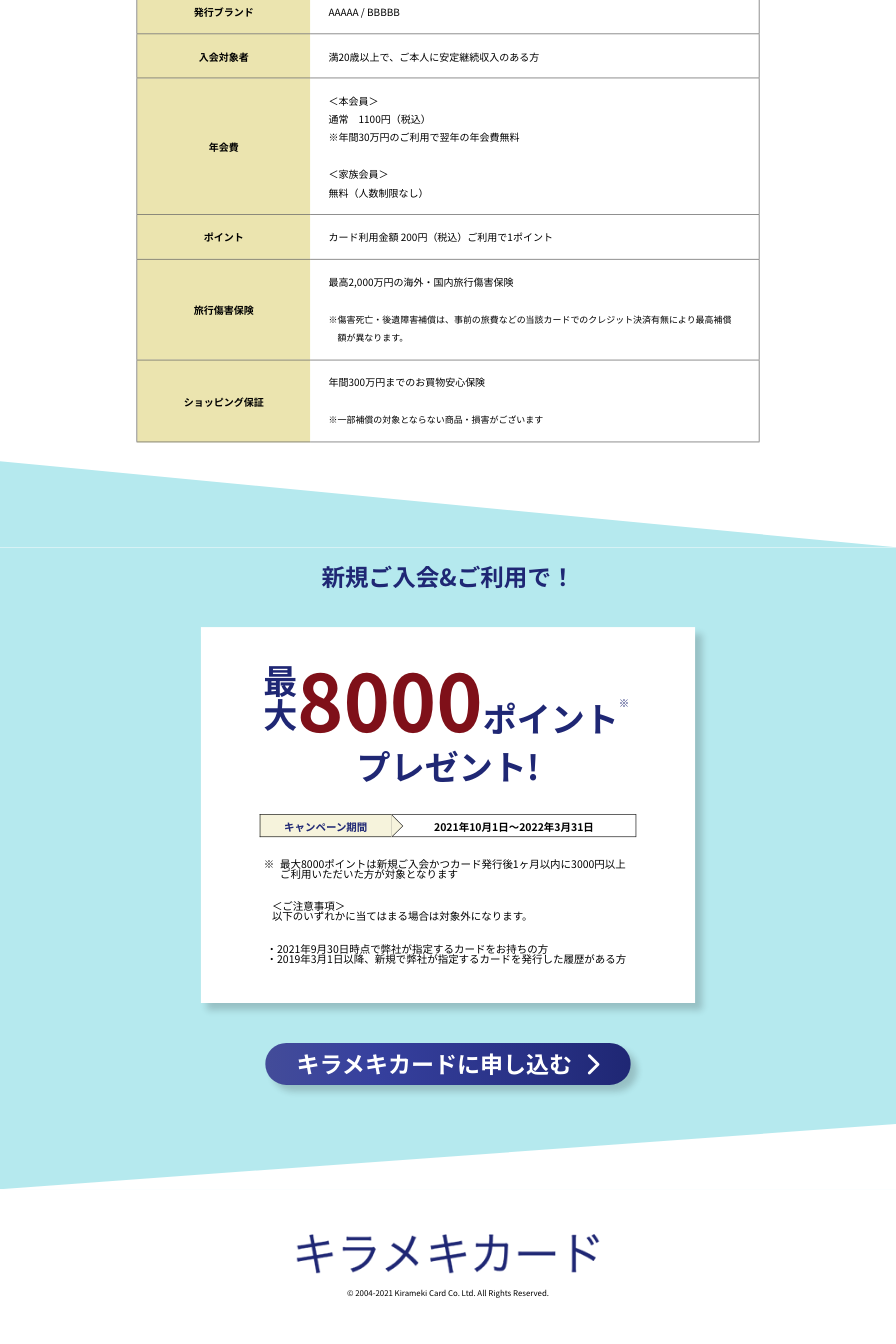
Repository: ryu-nuno/tech_academy_subwork
Page: kadai-kirameki-card/index.html
The author's editor kept a record of every edit. The page is drawn from the files as they stood at one moment, then again after the next edit.
The browser window is 1280 px wide. The pictures show the part of the page from y = 4417 to 6337 px (the page is 6337 px tall), at 70% of full size.
Some web libraries are served in a nearby version.

Above is the page before.

### kadai-kirameki-card/index.html
<!DOCTYPE html>
<html lang="ja">
    <head>
        <meta charset="UTF-8">
        <meta name="viewport" content="width=device-width, initial-scale=1.0">
        <title>Kirameki-card</title>
        <meta name="description" content="ページの説明が入ります">

        <!-- CSS -->
        <link rel="stylesheet" href="https://cdnjs.cloudflare.com/ajax/libs/normalize/8.0.1/normalize.css">
        <link rel="stylesheet" type="text/css" href="./slick/slick.css">
        <link rel="stylesheet" type="text/css" href="./slick/slick-theme.css">
        <!--<link rel="stylesheet" href="https://unpkg.com/swiper/swiper-bundle.css">
        <link rel="stylesheet" href="https://unpkg.com/swiper/swiper-bundle.min.css">-->
        <link rel="stylesheet" href="https://unpkg.com/swiper@7/swiper-bundle.min.css">
        <link rel="stylesheet" href="css/ress.min.css">
        <link rel="stylesheet" href="./css/style.css">

        <!-- FontAwesome -->
        <script src="https://kit.fontawesome.com/ab2670e4fc.js" crossorigin="anonymous"></script>

        <link rel="preconnect" href="https://fonts.googleapis.com">
        <link rel="preconnect" href="https://fonts.gstatic.com" crossorigin>
        <link href="https://fonts.googleapis.com/css2?family=Cormorant+Garamond:wght@300&family=Noto+Serif+JP&family=Roboto&display=swap" rel="stylesheet">
    </head>
    <body>
      <div id="wrapper">


        <!-- ヘッダー -->
        <header class="header">
          <div class="logo"><img src="./images/pc/Kirameki_Card_logo.png" alt=""></div>

          <div class="header_wrap">
            <div class="nav">
            <nav class="pc_nav">
              <ul class="pc_nav_ul">
                <li><a href="#">カード活用方法</a></li>
                <li><a href="#">ポイントを使う</a></li>
                <li><a href="#">お問合せ</a></li>
              </ul>
            </nav>
            </div>

            <div class="application_button_s"><span class="head_right"><a href="#">申し込む</a></span><i class="fas fa-chevron-right"></i></div>
          </div>
        </header>


        <header class="sp_header">
          <div><div class="sp_logo">キラメキカード</div></div>
                  <div class="sp_nav_wrap">
          <div id="menu"><span class="hamburger"><i class="fas fa-bars"></i></span></div>
            <nav class="sp_nav">
            <ul class="sp_nav_ul">
              <li><a href="#">カード活用方法</a></li>
              <li><a href="#">ポイントを使う</a></li>
              <li><a href="#">お問い合わせ</a></li>
            </ul>
        </nav>
    </div>
  </header>

        <!--メイン-->
        <main>

          <section class="main_top">
              <h1 class="main_catch">ネットショッピング時代の<br class="sp_br">スタンダード</h1>
                <div class="main_img">
                  <img src="./images/pc/lp6_1.png" alt="">
                </div>
                <div class="sp_join_button"><span class="sp_join_p"><a href="#">申し込む</a></span><i class="fas fa-chevron-right"></i></div>
                <div class="stack">
                  <div class="sub_catch">キラメキカードは<br class="sp_br">2021最強クレジットカード<br class="sp_br">ランキングNo.1に選ばれました</div>
                </div>
          </section>


          <div class="hide">
            <div class="gap">

            </div>
          </div>

          <div class="hide">
            <section class="join1">

              <h2 class="ad_heading">新規ご入会&ご利用で！</h2>
              <div class="join_wrap">
                <div class="join_detail">
                  <span class="vertical">最大</span>
                  <span class="font_l_red">8000</span><span class="point">ポイント</span><span class="kome">※</span><br>
                  <span class="text_center_present">プレゼント!</span>
                </div>

                <div class="campaign_period">
                  <span class="campaign">キャンペーン期間</span>
                 <span class="period">2021年10月1日〜2022年3月31日</span>
                </div>

                 <div class="campaign_caution">
                   <span class="rice_2">※</span>
                  <span class="subject">最大8000ポイントは新規ご入会かつカード発行後1ヶ月以内に3000円以上ご利用いただいた方が対象となります</span>
                 </div>

                <div class="caution_detail">
                  <div class="detail_first">
                  <span class="caution">＜ご注意事項＞<br></span>
                  <span class="not_app">以下のいずれかに当てはまる場合は対象外になります。<br></span>
                </div>

                <div class="detail_second">
                  <div class="flex">
                  <span class="not_app_p">・</span><span class="not_app_block">2021年9月30日時点で弊社が指定するカードをお持ちの方</span>
                </div>
                <div class="flex">
                  <span class="not_app_p">・</span><span class="not_app_block">2019年3月1日以降、新規で弊社が指定するカードを発行した履歴がある方</span>
                </div>
              </div>
              </div>
              </div>

                <div class="application_button_l"><span class="ad_right"><a href="#">キラメキカードに申し込む</a></span><i class="fas fa-chevron-right"></i></div>
             </section>
            </div>

          <div class="hide">
           <section class="benefit_service">
             <h2 class="heading">特典・サービス</h2>
            <table class="benefit_table">
              <tr>
                <td class="h_cell left_top"><span class="bold_head t_head">年会費</span></td>
                <td class="d_cell right_top"><span class="bold">1,100円（税込）<br></span>
                  <span class="bold">年間30万円のご利用で</span><span class="red_m">翌年度無料</span><span class="annotation sp_position">※1</span>
              </td>
              </tr>
              <tr>
                <td class="h_cell"><span class="bold_head t_head">ポイント還元</span></td>
                <td class="d_cell"><span class="bold">最大</span><span class="red_l">5</span><span class="bold">%</span><span class="annotation">※2</span> </td>
              </tr>
              <tr>
                <td class="h_cell"><span class="bold_head t_head">継続特典</span></td>
                <td class="d_cell"><span class="regular">年間30万円のご利用でもれなく<br></span>
                    <span class="red_l">5000</span><span class="bold">ポイント還元</span><span class="annotation">※1</span>
                </td>
              </tr>
              <tr>
                <td class="h_cell left_bottom"><span class="bold_head t_head">付帯サービス</span></td>
                <td class="d_cell right_bottom"><span class="regular">海外旅行障害保険<br></span>
                  <span class="bold">最高</span><span class="red_l">2000</span><span class="bold">万円</span>
                </td>
              </tr>
            </table>

            <div class="supplement sp_bottom"><span class="spp_no">※1 対象取引や算定期間等の実際の適用条件などの詳細は規約をご確認ください。</span></div>

          <div class="supplement"><span class="spp_no">※2一部ポイント加算対象とならない店舗および指定のポイント還元率にならない場合があります。ポイント還元率は利用金額に対する獲得ポイントを示したもので、ポイントの交換方法によっては、1ポイント1円相当にならない場合がございます。</span></div>


              <div class="application_button_l"><span class="ad_right"><a href="#">キラメキカードに申し込む</a></span><i class="fas fa-chevron-right"></i></div>
           </section>
          </div>

            <div class="hide">
             <section class="flow">
               <h2 class="flow_heading">カード発行までの流れ</h2>

               <div class="swiper">
                <div class="swiper-wrapper">
                  <div class="swiper-slide"><div class="swiper-content"><span class="flow_no">01<br></span><span class="flow_head">カードお申し込み</span></div></div>
                  <div class="swiper-slide"><div class="swiper-content"><span class="flow_no">02<br></span><span class="flow_head">入会審査・カード発行</span></div></div>
                  <div class="swiper-slide"><div class="swiper-content"><span class="flow_no">03<br></span><span class="flow_head">カード到着</span></div></div>
                  <div class="swiper-slide"><div class="swiper-content"><span class="flow_no">04<br></span><span class="flow_head">アプリをダウンロード</span></div></div>
                  <div class="swiper-slide"><div class="swiper-content"><span class="flow_no">05<br></span><span class="flow_head">アプリでカード番号を確認</span></div></div>
                </div>
                <div class="swiper-button-prev"></div>
                <div class="swiper-button-next"></div>
                <div class="swiper-pagination"></div>
              </div>
             </section>
            </div>


           <section class="other">
              <h2 class="ohter_content_heading">他にも<br class="sp_br">特典・サービスがたくさん</h2>

              <div class="other_wrap">
                <dl class="accordion">
                    <dt class="other_heading"><div class="sp_question pc_question"><span class="other_head_p">国内も、海外も。<br class="sp_br">最高2,000万円の旅行傷害保険。</span><span class="symbol">開く</span></div></dt>
                    <dd class="other_p"><div class="flex" style="display : flex; align-items: baseline;"><div class="other_block">最高2,000万円の旅行傷害保険<br>海外・国内最高2,000万円の旅行傷害保険が付帯されます。（一部利用条件あり）</div></div></dd>
                    <dt class="other_heading"><div class="sp_question"><span class="other_head_p">年間300万円までの<br class="sp_br">お買物安心保険。</span><span class="symbol">開く</span></div></dt>
                    <dd class="other_p"><div class="flex" style="display : flex; align-items: baseline;"><div class="other_block">キラメキクレジットカードで決済して購入した商品が壊れたり、盗まれたりしたときに安心の保険サービスです。<br>保険料のお支払いや事前のお届けは必要ございません。</div></div></dd>
                    <dt class="other_heading"><div class="sp_question"><span class="other_head_p">国内空港ラウンジサービスが<br class="sp_br">無料<br class="sp_br"></span><span class="symbol">開く</span></div></dt>
                    <dd class="other_p"><div class="flex" style="display : flex; align-items: baseline;"><div class="other_block">国内主要空港のラウンジを無料でご利用いただくことが可能です。</div></div></dd>
                    <dt class="other_heading"><div class="sp_question"><span class="other_head_p_2">海外Wi-Fi無料レンタル</span><span class="symbol">開く</span></div></dt>
                    <dd class="other_p"><div class="flex" style="display : flex; align-items: baseline;"><div class="other_block">海外でご利用いただけるポータブルWi-Fiを無料でレンタルすることが可能です。</div></div></dd>
                    <dt class="other_heading"><div class="sp_question"><span class="other_head_p">24時間対応の<br class="sp_br">紛失受付センター</span><span class="symbol">開く</span></div></dt>
                    <dd class="other_p"><div class="flex" style="display : flex; align-items: baseline;"><div class="other_block">紛失したカードの利用停止と再発行のお手続きをWebと電話から同時に行うことが可能です。</div></div></dd>
                  </dl>
                </div>
            </section>








            <div class="hide">
              <section class="base_info">
                <h2 class="base_heading">基本情報</h2>

                <table class="base_info_table">
                  <tr><td class="base_info_th">名称</td><td class="base_info_td">キラメキクレジットカード</td></tr>
                  <tr><td class="base_info_th">発行ブランド</td><td class="base_info_td">AAAAA / BBBBB</td></tr>
                  <tr><td class="base_info_th">入会対象者</td><td class="base_info_td">満20歳以上で、ご本人に安定継続収入のある方</td></tr>
                  <tr><td class="base_info_th">年会費</td><td class="base_info_td"><div class="line_height">＜本会員＞<br>通常　1100円（税込）<br><span class="annotation_block">※年間30万円のご利用で翌年の年会費無料</span><br>＜家族会員＞<br>無料（人数制限なし）</div></td></tr>
                  <tr><td class="base_info_th">ポイント</td><td class="base_info_td">カード利用金額 200円（税込）ご利用で1ポイント</td></tr>
                  <tr><td class="base_info_th">旅行傷害保険</td><td class="base_info_td">最高2,000万円の海外・国内旅行傷害保険<br><span class="annotation_flex"><span class="info_annotation">※</span><span class="info_annotation annotation_block">傷害死亡・後遺障害補償は、事前の旅費などの当該カードでのクレジット決済有無により最高補償額が異なります。</span></span></td></tr>
                  <tr><td class="base_info_th">ショッピング保証</td><td class="base_info_td">年間300万円までのお買物安心保険<br><span class="annotation_flex"><span class="info_annotation">※</span><span class="info_annotation annotation_block">一部補償の対象とならない商品・損害がございます</span></span></td></tr>


                </table>
              </section>
            </div>

            <div class="hide">
              <section class="join2">
                <h2 class="ad_heading">新規ご入会&amp;ご利用で！</h2>
                <div class="join_wrap">
                  <div class="join_detail">
                    <span class="vertical">最大</span>
                    <span class="font_l_red">8000</span><span class="point">ポイント</span><span class="kome">※</span><br>
                    <span class="text_center_present">プレゼント!</span>
                  </div>

                  <div class="campaign_period">
                    <span class="campaign">キャンペーン期間</span>
                   <span class="period">2021年10月1日〜2022年3月31日</span>
                  </div>

                   <div class="campaign_caution">
                     <span class="rice_2">※</span>
                    <span class="subject">最大8000ポイントは新規ご入会かつカード発行後1ヶ月以内に3000円以上ご利用いただいた方が対象となります</span>
                   </div>

                  <div class="caution_detail">
                    <div class="detail_first">
                    <span class="caution">＜ご注意事項＞<br></span>
                    <span class="not_app">以下のいずれかに当てはまる場合は対象外になります。<br></span>
                  </div>

                  <div class="detail_second">
                    <div class="flex">
                    <span class="not_app_p">・</span><span class="not_app_block">2021年9月30日時点で弊社が指定するカードをお持ちの方</span>
                  </div>
                  <div class="flex">
                    <span class="not_app_p">・</span><span class="not_app_block">2019年3月1日以降、新規で弊社が指定するカードを発行した履歴がある方</span>
                  </div>
                </div>
                </div>
                </div>

                  <div class="application_button_l"><span class="ad_right"><a href="#">キラメキカードに申し込む</a></span><i class="fas fa-chevron-right"></i></div>
               </section>
              </div>

        </main>

        <!-- フッター -->
        <footer class="footer">
          <div class="footer_logo"><img src="./images/pc/Kirameki_Card_logo.png" alt="フッターロゴ"></div>
          <p class="copywrite">&copy; 2004-2021 Kirameki Card Co. Ltd. All Rights Reserved.</p>

        </footer>

        <!-- JS -->
        <script src="https://ajax.googleapis.com/ajax/libs/jquery/3.4.1/jquery.min.js"></script>
        <!--<script type="text/javascript" src="https://cdnjs.cloudflare.com/ajax/libs/jquery/1.11.1/jquery.min.js"></script>
        <script src="https://code.jquery.com/jquery-2.2.0.min.js" type="text/javascript"></script>-->
        <!--<script src="https://unpkg.com/swiper/swiper-bundle.js"></script>
        <script src="https://unpkg.com/swiper/swiper-bundle.min.js"></script>-->
        <script src="https://unpkg.com/swiper@7/swiper-bundle.min.js"></script>
        <script src="./slick/slick.js"  ></script>
        <script src="./js/hamburger.js"></script>
        <script src="./js/accordion.js"></script>
        <script src="./js/swiper.js"></script>
        <script src="./js/inview.js"></script>

      </div>
    </body>
</html>

### kadai-kirameki-card/css/ress.min.css
/*!
 * ress.css • v4.0.0
 * MIT License
 * github.com/filipelinhares/ress
 */html{box-sizing:border-box;-webkit-text-size-adjust:100%;word-break:normal;-moz-tab-size:4;tab-size:4}*,:after,:before{background-repeat:no-repeat;box-sizing:inherit}:after,:before{text-decoration:inherit;vertical-align:inherit}*{padding:0;margin:0}hr{overflow:visible;height:0;color:inherit}details,main{display:block}summary{display:list-item}small{font-size:80%}[hidden]{display:none}abbr[title]{border-bottom:none;text-decoration:underline;text-decoration:underline dotted}a{background-color:transparent}a:active,a:hover{outline-width:0}code,kbd,pre,samp{font-family:monospace,monospace}pre{font-size:1em}b,strong{font-weight:bolder}sub,sup{font-size:75%;line-height:0;position:relative;vertical-align:baseline}sub{bottom:-.25em}sup{top:-.5em}table{border-color:inherit;text-indent:0}input{border-radius:0}[disabled]{cursor:default}[type=number]::-webkit-inner-spin-button,[type=number]::-webkit-outer-spin-button{height:auto}[type=search]{-webkit-appearance:textfield;outline-offset:-2px}[type=search]::-webkit-search-decoration{-webkit-appearance:none}textarea{overflow:auto;resize:vertical}button,input,optgroup,select,textarea{font:inherit}optgroup{font-weight:700}button{overflow:visible}button,select{text-transform:none}[role=button],[type=button],[type=reset],[type=submit],button{cursor:pointer;color:inherit}[type=button]::-moz-focus-inner,[type=reset]::-moz-focus-inner,[type=submit]::-moz-focus-inner,button::-moz-focus-inner{border-style:none;padding:0}[type=button]::-moz-focus-inner,[type=reset]::-moz-focus-inner,[type=submit]::-moz-focus-inner,button:-moz-focusring{outline:1px dotted ButtonText}[type=reset],[type=submit],button,html [type=button]{-webkit-appearance:button}button,input,select,textarea{background-color:transparent;border-style:none}a:focus,button:focus,input:focus,select:focus,textarea:focus{outline-width:0}select{-moz-appearance:none;-webkit-appearance:none}select::-ms-expand{display:none}select::-ms-value{color:currentColor}legend{border:0;color:inherit;display:table;white-space:normal;max-width:100%}::-webkit-file-upload-button{-webkit-appearance:button;color:inherit;font:inherit}img{border-style:none}progress{vertical-align:baseline}[aria-busy=true]{cursor:progress}[aria-controls]{cursor:pointer}[aria-disabled=true]{cursor:default}

Loaded but not shown: kadai-kirameki-card/slick/slick.css (common file); kadai-kirameki-card/slick/slick-theme.css (common file); kadai-kirameki-card/slick/slick.js (library); kadai-kirameki-card/js/swiper.js (41 lines, source omitted); kadai-kirameki-card/js/inview.js (12 lines, source omitted); kadai-kirameki-card/js/accordion.js (6 lines, source omitted); kadai-kirameki-card/js/hamburger.js (5 lines, source omitted); kadai-kirameki-card/css/style.css (1590 lines, source omitted)

After the next edit:
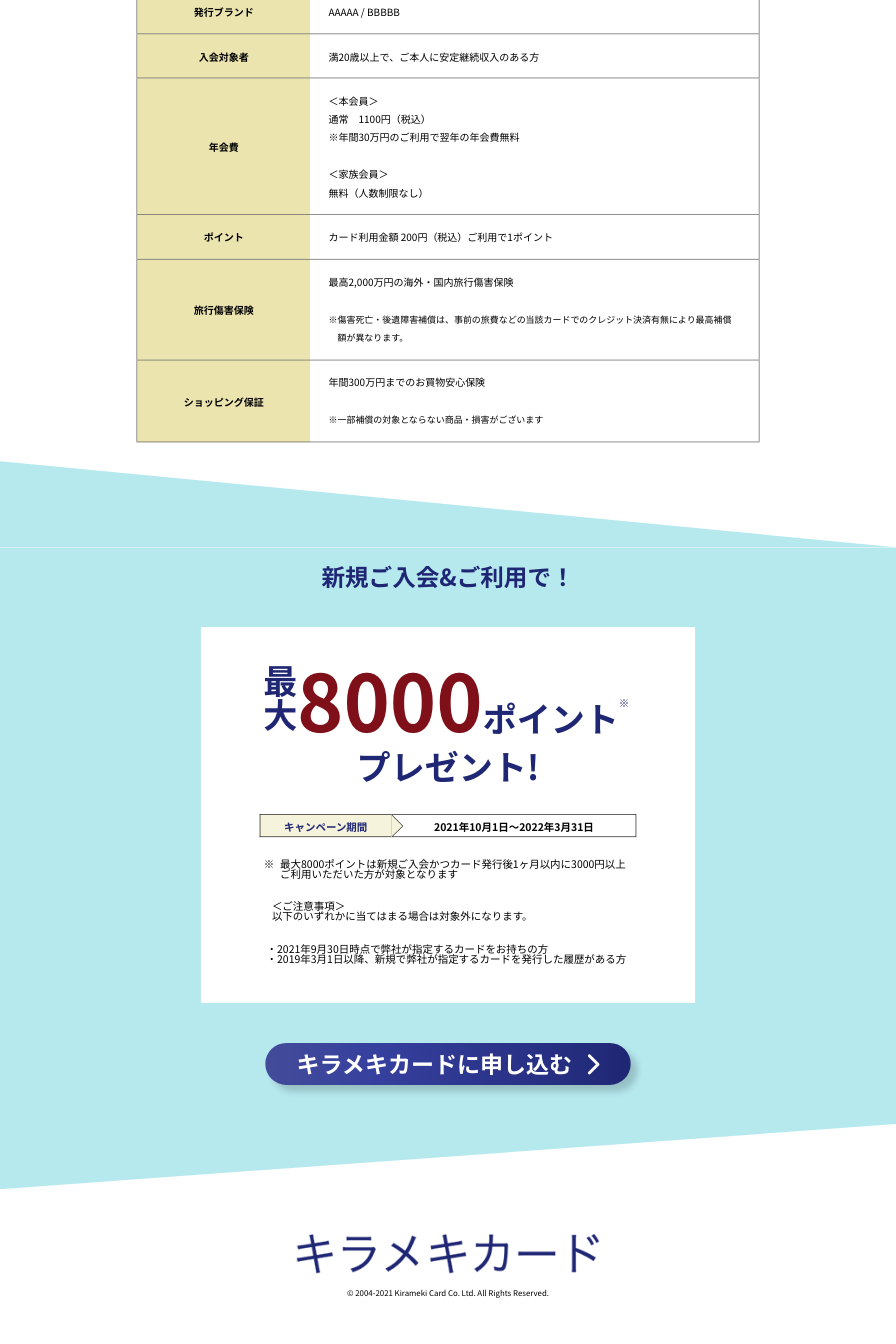
The edit:
--- a/kadai-kirameki-card/index.html
+++ b/kadai-kirameki-card/index.html
@@ -228,7 +228,7 @@
             <div class="hide">
               <section class="join2">
                 <h2 class="ad_heading">新規ご入会&amp;ご利用で！</h2>
-                <div class="join_wrap">
+                <div class="join_wrap2">
                   <div class="join_detail">
                     <span class="vertical">最大</span>
                     <span class="font_l_red">8000</span><span class="point">ポイント</span><span class="kome">※</span><br>
